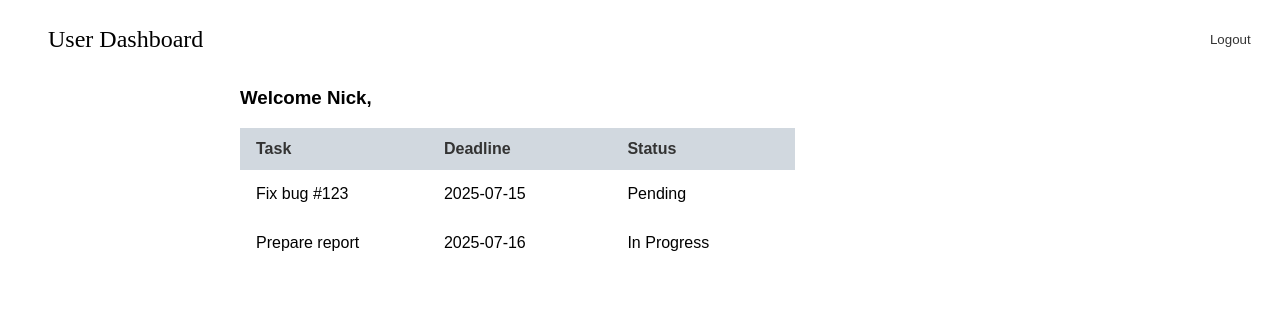
Repository: Edmund-Kiama/todoPHP
Page: /user (app in task-manager-frontend/)
An editor plug-in stored every save of this project. The page is shown before and after the next save, followed by the edit.
The browser window is 1280 px wide. The pictures show the whole page.
The project was rebuilt for these pictures with package versions that can differ from the ones it lists, and the page was loaded fresh each time. Also part of the build but not shown: task-manager-frontend/vite.config.js, task-manager-frontend/src/components/Login/login.css, task-manager-frontend/src/components/Login/Login.vue, task-manager-frontend/src/components/Admin/admin.css, task-manager-frontend/src/components/Admin/AdminDashboard.vue.

Above is the page before, as saved 2025-07-12 22:08:49.

After the next save:
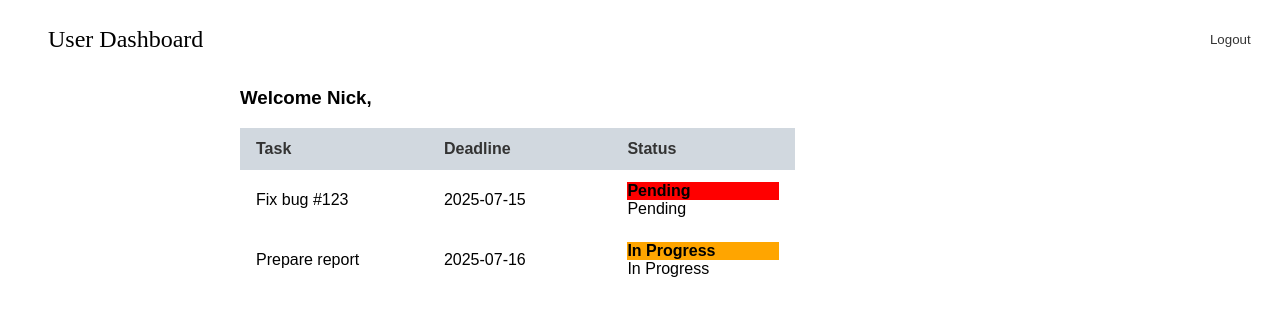
Saved 6 s later.
--- a/task-manager-frontend/src/components/User/UserDashboard.vue
+++ b/task-manager-frontend/src/components/User/UserDashboard.vue
@@ -54,7 +54,7 @@
             <tr v-for="(task, index) in userTasks" :key="index">
               <td>{{ task.title }}</td>
               <td>{{ task.deadline }}</td>
-              <td > <div :class="statusClass(task.status)"></div>{{ task.status }}</td>
+              <td > <div :class="statusClass(task.status)">{{ task.status }}</div>{{ task.status }}</td>
               <td>
                 <button
                   v-if="task.status !== 'Completed'"
